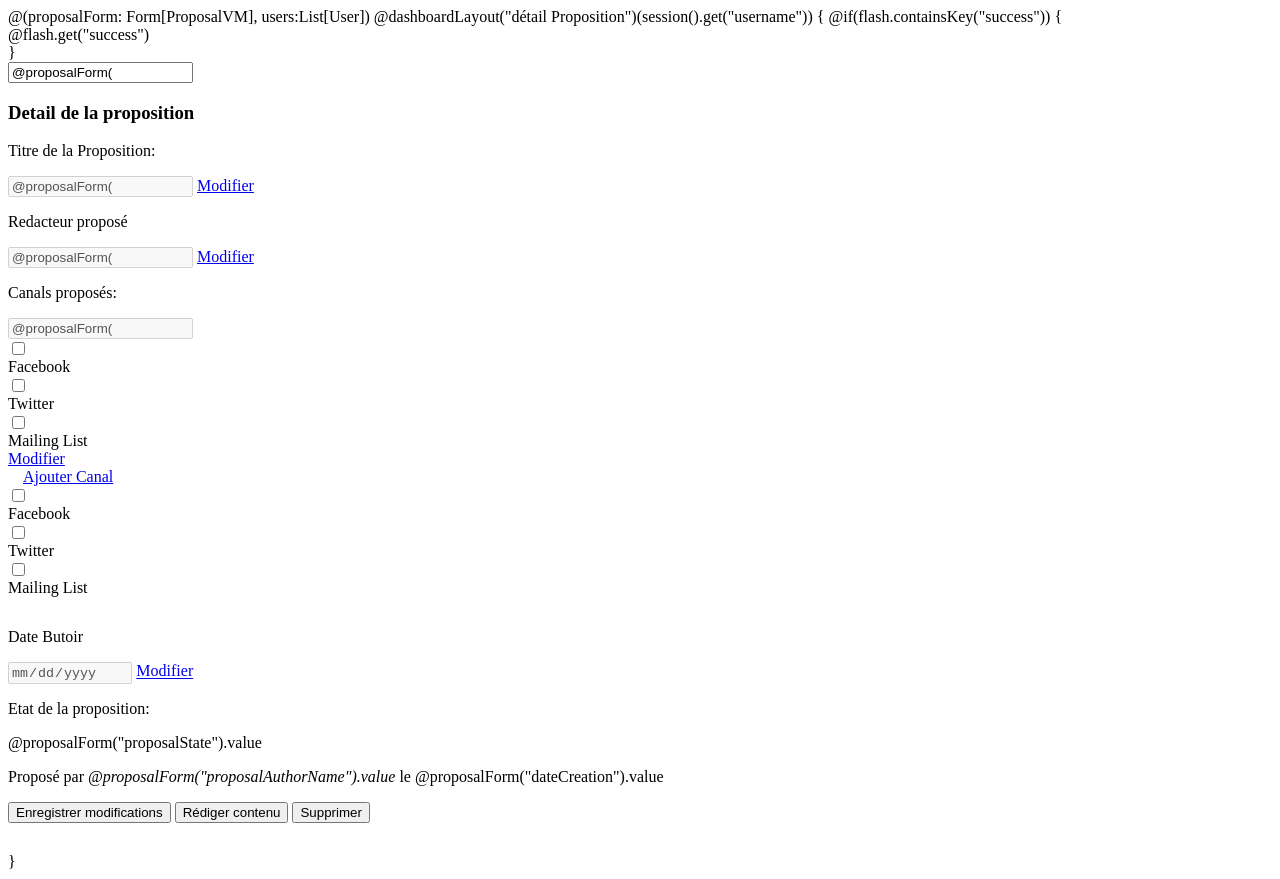
Repository: spirale-software/labo_master
Page: Application/oneDotCom/app/views/proposalDetail.scala.html
The author's editor kept a copy of each file at every save. The page is drawn from the files as they stood at one save, then again after the next save.
The browser window is 1280 px wide. The pictures show the whole page.

Above is the page before, as saved 2017-04-13 10:14:42.

### Application/oneDotCom/app/views/proposalDetail.scala.html
@(proposalForm: Form[ProposalVM], users:List[User])

@dashboardLayout("détail Proposition")(session().get("username")) {
	<meta content="text/html; charset=UTF-8" http-equiv="Content-Type">

	@if(flash.containsKey("success")) {
		<div class="alert alert-success" role="alert"> @flash.get("success") </div>
	}

	<form action="@routes.ProposalController.editProposalAction()" method="post" id="formId">

		 <input type="text" class="hidden" value="@proposalForm("idProposal").value"  name="@proposalForm("idProposal").name" >

	 <div class="panel panel-default detail-proposal-style">
                <div class="panel-heading">
                    <h3 class="panel-title">Detail de la proposition</h3>
                </div>
                <div class="panel-body">
                    <div class="panel panel-default" style="margin-top: 10px">
                        <div class="panel-body">
                            <p class="col-lg-3 col-md-3 ">Titre de la Proposition: </p>
                            <input type="text" class="col-lg-6 col-md-6" id="titleId" disabled
                            	value="@proposalForm("proposalName").value"  name="@proposalForm("proposalName").name">
                            <a class="col-lg-3 col-md-3 " href="#" onclick ="enabledTitleEdition()">Modifier</a>
                        </div>
                    </div>

                    <div class="panel panel-default">
                        <div class="panel-body">

                        	<p class="col-lg-3 col-md-3 ">Redacteur proposé </p>
                            <input type="text" class="col-lg-6 col-md-6" id="writerId" disabled value = "@proposalForm("proposedWriter").value"
                            	name = "@proposalForm("proposedWriter").name" list="suggestions">
                            <a class="col-lg-3 col-md-3 " href="#" onclick ="enabledWriterEdition()">Modifier</a>

                            <datalist id="suggestions">
                    			@for(user <- users) {
                    				<option value="@user.getUsername()   <<@user.getEmail()>>">
                    			}
                    </datalist>

                        </div>
                    </div>


                    <div class="panel panel-default">
                        <div class="panel-body">

                        	<p class="col-lg-3 col-md-3 ">Canals proposés: </p>
                            <input type="text" class="col-lg-6 col-md-6" id="channelsId" disabled
                            	value="@proposalForm("proposedChannels").value"  name="@proposalForm("proposedChannels").name">


                            <div class="row proposal-collapse col-lg-6 col-md-6 hidden" id="listChannels">

							    <div class="input-group">
							      <span class="input-group-addon">
							        <input type="checkbox" name="@proposalForm("facebookProposed").name">
							      </span>
							      <div class=" form-control well well-sm">Facebook</div>
							    </div><!-- /input-group -->

							    <div class="input-group">
							      <span class="input-group-addon">
							        <input type="checkbox" name="@proposalForm("twitterProposed").name">
							      </span>
							      <div class=" form-control well well-sm">Twitter</div>
							    </div><!-- /input-group -->

							    <div class="input-group">
							      <span class="input-group-addon">
							        <input type="checkbox" name="@proposalForm("mailingListProposed").name">
							      </span>
							      <div class=" form-control well well-sm">Mailing List</div>
							    </div><!-- /input-group -->

							</div><!-- /.row -->

                            <a class="col-lg-3 col-md-3" href="#" onclick ="enabledChannelsEdition()">Modifier</a>

                        </div>
                    </div>


                    <div class="panel panel-default">
                        <div class="panel-body" style="padding-bottom:15px">

                        	<a  role="button" data-toggle="collapse" href="#collapseExample" aria-expanded="false"
                        		aria-controls="collapseExample" style="margin-left:15px;">
  								Ajouter Canal
							</a>

							<div class="collapse" id="collapseExample">

  								<div class="input-group">
							      <span class="input-group-addon">
							        <input type="checkbox" name="@proposalForm("facebookAdded").name">
							      </span>
							      <div class=" form-control well well-sm">Facebook</div>
							    </div><!-- /input-group -->

							    <div class="input-group">
							      <span class="input-group-addon">
							        <input type="checkbox" name="@proposalForm("twitterAdded").name" >
							      </span>
							      <div class=" form-control well well-sm">Twitter</div>
							    </div><!-- /input-group -->

							    <div class="input-group">
							      <span class="input-group-addon">
							        <input type="checkbox" name="@proposalForm("mailingListAdded").name">
							      </span>
							      <div class=" form-control well well-sm">Mailing List</div>
							    </div><!-- /input-group -->
							</div>

                        </div>
                    </div>


                    <div class="panel panel-default">
                        <div class="panel-body">
                            <p class="col-lg-3 col-md-3 ">Date Butoir </p>
                            <input type="date" class="col-lg-6 col-md-6" id="dateId" disabled
                            	value="@proposalForm("deadLine").value"  name="@proposalForm("deadLine").name">
                            <a class="col-lg-3 col-md-3 " href="#" onclick ="enabledDateEdition()">Modifier</a>
                        </div>
                    </div>

                    <div class="panel panel-default">
                        <div class="panel-body">
                            <p class="col-lg-3 col-md-3 ">Etat de la proposition: </p>
                            <p class="col-lg-9 col-md-9">@proposalForm("proposalState").value</p>
                        </div>
                    </div>

                    <div class="panel panel-default">
                        <div class="panel-body">
                            <p>Proposé par <em class="text-primary">@proposalForm("proposalAuthorName").value</em>
                             	le @proposalForm("dateCreation").value</p>
                        </div>
                    </div>

                    <div style="margin-bottom: 30px">
	                	<button type="submit" class="btn btn-primary" name="action" value="edit">
	                		Enregistrer modifications
	                	</button>

	                	<button type="submit" class="btn btn-primary" name="action" value="redact">
	                		Rédiger contenu
	                	</button>

	               		<button type="submit" class="btn btn-danger" name="action" value="delete" onClick="ConfirmMessage()">
	               			Supprimer
	               		</button>

                    </div>

                </div>
            </div>

            </form>

            <script>
            	function enabledTitleEdition() {
            		document.getElementById("titleId").disabled =false;
            	}

            	function enabledWriterEdition() {
            		document.getElementById("writerId").disabled =false;
            	}

            	function enabledChannelsEdition() {
            		document.getElementById("channelsId").hidden =true;
            		document.getElementById("listChannels").className = "row proposal-collapse col-lg-6 col-md-6";
            	}

            	function enabledDateEdition() {
            		document.getElementById("dateId").disabled =false;
            	}


            	 function ConfirmMessage() {
            	       if (confirm("Il n'y a pas de retour en arrière avec cette action. nEtes vous sûr de vouloir continuer?")) {
            	           document.bgColor="silver";
            	       } else {
            	    	   document.getElementById("formId").method = "";
            	    	   document.getElementById("formId").action ="@routes.ProposalController.detailProposalAction(16)";

            	       }
            	   }

            </script>




}

After the next save:
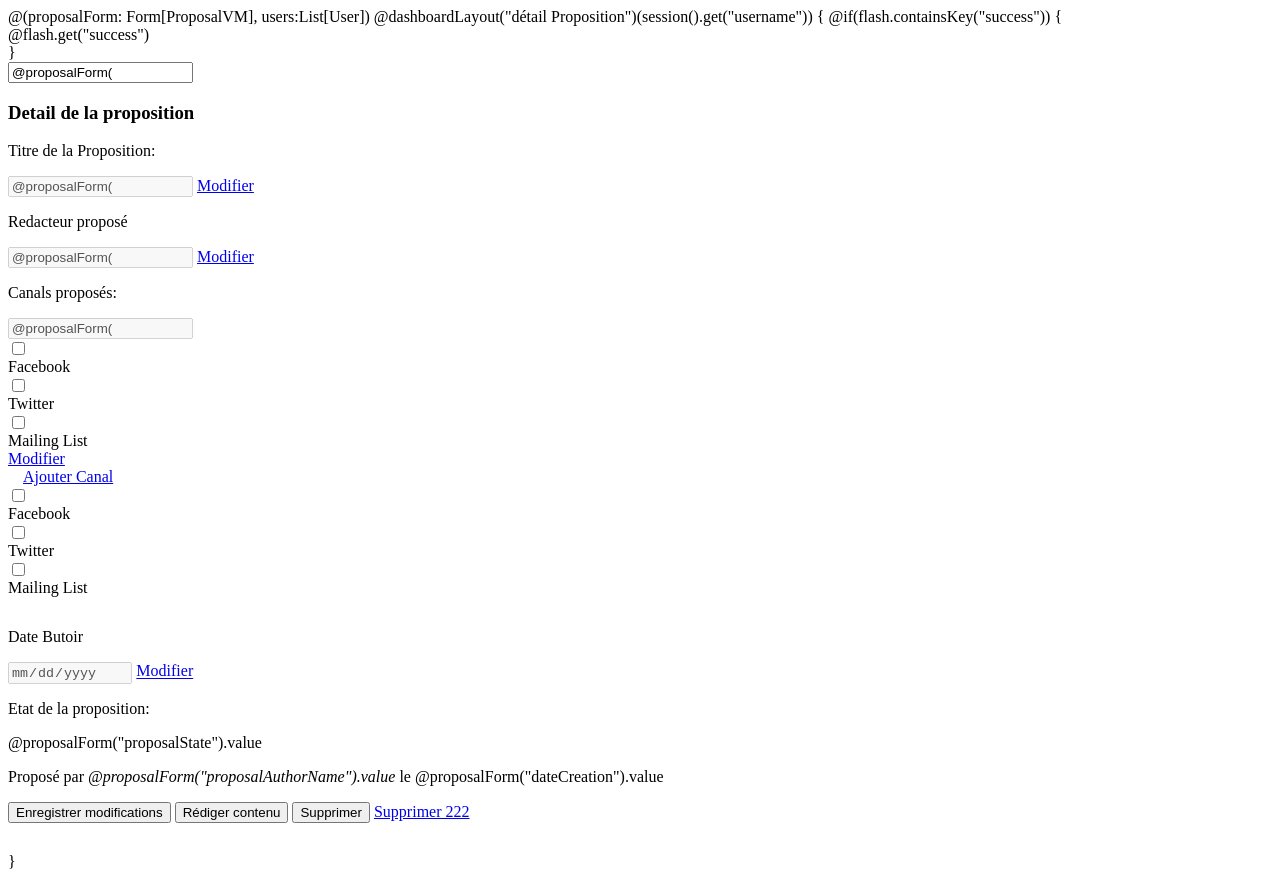
Saved 2 min 30 s later.
--- a/Application/oneDotCom/app/views/proposalDetail.scala.html
+++ b/Application/oneDotCom/app/views/proposalDetail.scala.html
@@ -154,6 +154,13 @@
 	               			Supprimer
 	               		</button>
 
+
+	               		<a href="@routes.ProposalController.detailProposalAction(16)" class="btn btn-danger" name="action" value="delete" onClick="ConfirmMessage()">
+	               			Supprimer 222
+	               		</a>
+
+
+
                     </div>
 
                 </div>
